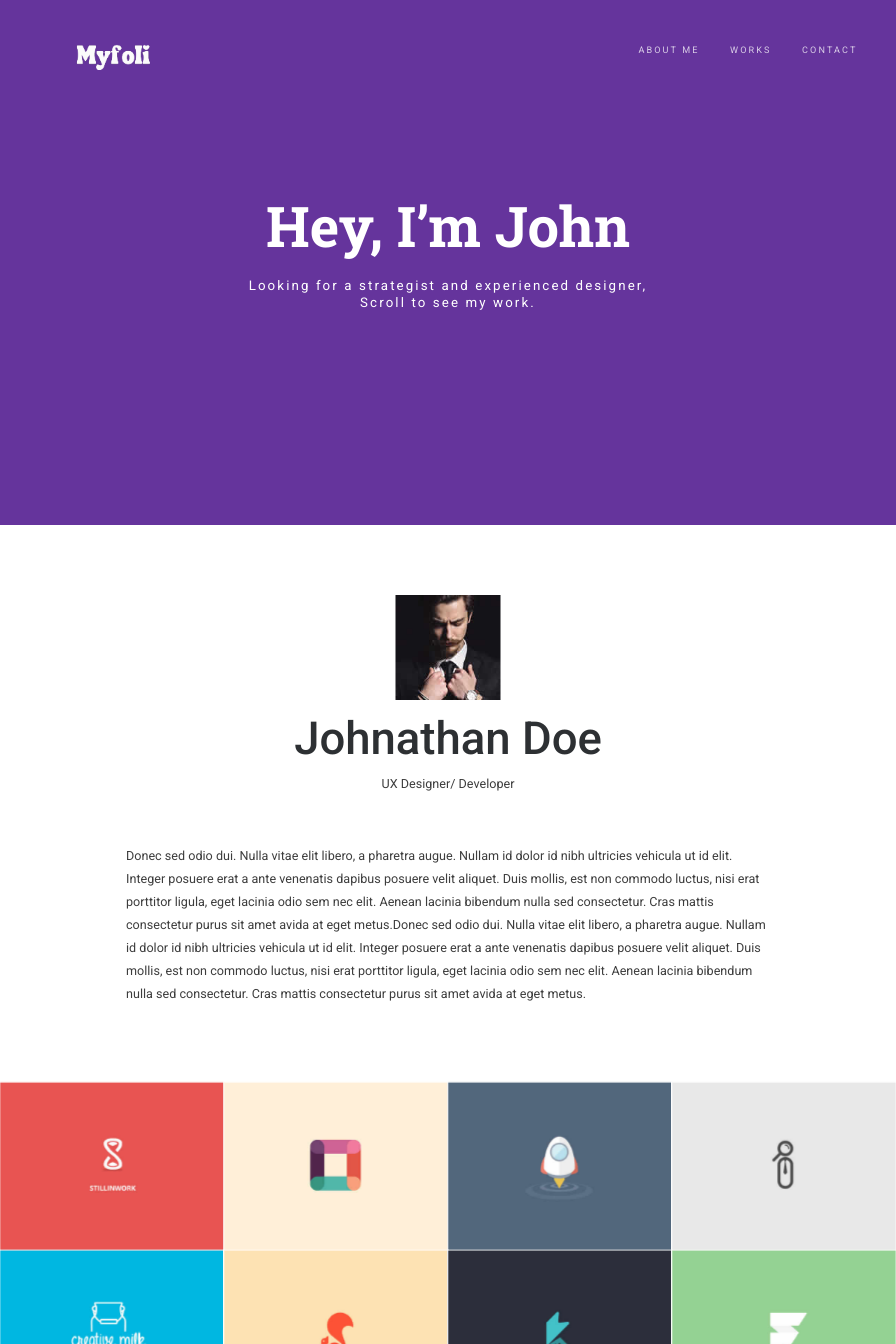
Repository: rajendratamang/wpportfoilio-theme
Page: http://localhost/
An editor plug-in stored every save of this project. The page is shown before and after a run of saves, followed by the edit.
The browser window is 1280 px wide. The pictures show the part of the page from y = 0 to 1920 px (the page is 3614 px tall before and 3634 px after), at 70% of full size.
Some web libraries are served in a nearby version. The page is run by PHP 8.4 with error messages shown; the project is at /var/www/html/.

Above is the page before, as saved 2025-01-30 10:29:28.

### index.php
<!doctype html>
<!--[if lt IE 7]>      <html class="no-js lt-ie9 lt-ie8 lt-ie7" lang=""> <![endif]-->
<!--[if IE 7]>         <html class="no-js lt-ie9 lt-ie8" lang=""> <![endif]-->
<!--[if IE 8]>         <html class="no-js lt-ie9" lang=""> <![endif]-->
<!--[if gt IE 8]><!-->
<html class="no-js" lang="">
<!--<![endif]-->

<head>
<meta charset="utf-8">
<meta name="description" content="">
<meta name="viewport" content="width=device-width, initial-scale=1">
<title>MyFolio - Bootstrap Responsive Resume, Personal Portfolio Template</title>
<link rel="stylesheet" href="css/bootstrap.min.css">
<link rel="stylesheet" href="css/jquery.fancybox.css">
<link rel="stylesheet" href="css/main.css">
<link rel="stylesheet" href="css/responsive.css">
<link rel="stylesheet" href="css/animate.min.css">
<link rel="stylesheet" href="https://maxcdn.bootstrapcdn.com/font-awesome/4.4.0/css/font-awesome.min.css">
</head>

<body>
<!-- header section -->
<section class="banner" role="banner">
  <header id="header">
    <!-- navigation section  -->
    <div class="header-content clearfix"> <a class="logo" href="#"><img src="images/logo.png" alt="Mafolio"></a>
      <nav class="navigation" role="navigation">
        <ul class="primary-nav">
          <li><a href="#aboutme">About Me</a></li>
          <li><a href="#works">Works</a></li>
          <li><a href="#contact">Contact</a></li>
        </ul>
      </nav>
      <a href="#" class="nav-toggle">Menu<span></span></a> </div>
    <!-- navigation section  -->
  </header>

  <!-- banner text -->
  <div class="container">
    <div class="col-md-10 col-md-offset-1">
      <div class="banner-text text-center">
        <h1>Hey, I’m John</h1>
        <p>Looking for a strategist and experienced designer,<br>
          Scroll to see my work.</p>
        <!-- banner text -->
      </div>
    </div>
  </div>
</section>
<!-- header section -->
<!-- description text section -->
<section id="aboutme" class="section descripton">
  <div class="container">
    <div class="col-md-10 col-md-offset-1 text-center"> <img src="images/designer-pic.jpg" alt="Mafolio">
      <h1>Johnathan Doe</h1>
      <p>UX Designer/ Developer</p>
    </div>
    <div class="col-md-10 col-md-offset-1 space">
      <p>Donec sed odio dui. Nulla vitae elit libero, a pharetra augue. Nullam id dolor id nibh ultricies vehicula ut id elit. Integer posuere erat a ante venenatis dapibus posuere velit aliquet. Duis mollis, est non commodo luctus, nisi erat porttitor ligula, eget lacinia odio sem nec elit. Aenean lacinia bibendum nulla sed consectetur. Cras mattis consectetur purus sit amet avida at eget metus.Donec sed odio dui. Nulla vitae elit libero, a pharetra augue. Nullam id dolor id nibh ultricies vehicula ut id elit. Integer posuere erat a ante venenatis dapibus posuere velit aliquet. Duis mollis, est non commodo luctus, nisi erat porttitor ligula, eget lacinia odio sem nec elit. Aenean lacinia bibendum nulla sed consectetur. Cras mattis consectetur purus sit amet avida at eget metus.</p>
    </div>
  </div>
</section>
<!-- description text section -->
<!-- portfolio section -->
<section id="works" class="works section no-padding">
  <div class="container-fluid">
    <div class="row no-gutter">
      <div class="col-lg-3 col-md-6 col-sm-6 work"> <a href="images/work-1.jpg" class="work-box"> <img src="images/work-1.jpg" alt="">
        <div class="overlay">
          <div class="overlay-caption">
            <h5>Project Name</h5>
            <p>Logo Design</p>
          </div>
        </div>
        <!-- overlay -->
        </a> </div>
      <div class="col-lg-3 col-md-6 col-sm-6 work"> <a href="images/work-2.jpg" class="work-box"> <img src="images/work-2.jpg" alt="">
        <div class="overlay">
          <div class="overlay-caption">
            <h5>Project Name</h5>
            <p>Website Design</p>
          </div>
        </div>
        <!-- overlay -->
        </a> </div>
      <div class="col-lg-3 col-md-6 col-sm-6 work"> <a href="images/work-3.jpg" class="work-box"> <img src="images/work-3.jpg" alt="">
        <div class="overlay">
          <div class="overlay-caption">
            <h5>Project Name</h5>
            <p>Branding</p>
          </div>
        </div>
        <!-- overlay -->
        </a> </div>
      <div class="col-lg-3 col-md-6 col-sm-6 work"> <a href="images/work-4.jpg" class="work-box"> <img src="images/work-4.jpg" alt="">
        <div class="overlay">
          <div class="overlay-caption">
            <h5>Project Name</h5>
            <p>Graphic Design</p>
          </div>
        </div>
        <!-- overlay -->
        </a> </div>
      <div class="col-lg-3 col-md-6 col-sm-6 work"> <a href="images/work-5.jpg" class="work-box"> <img src="images/work-5.jpg" alt="">
        <div class="overlay">
          <div class="overlay-caption">
            <h5>Project Name</h5>
            <p>Website Design</p>
          </div>
        </div>
        <!-- overlay -->
        </a> </div>
      <div class="col-lg-3 col-md-6 col-sm-6 work"> <a href="images/work-6.jpg" class="work-box"> <img src="images/work-6.jpg" alt="">
        <div class="overlay">
          <div class="overlay-caption">
            <h5>Project Name</h5>
            <p>Logo Design</p>
          </div>
        </div>
        <!-- overlay -->
        </a> </div>
      <div class="col-lg-3 col-md-6 col-sm-6 work"> <a href="images/work-7.jpg" class="work-box"> <img src="images/work-7.jpg" alt="">
        <div class="overlay">
          <div class="overlay-caption">
            <h5>Project Name</h5>
            <p>Branding</p>
          </div>
        </div>
        <!-- overlay -->
        </a> </div>
      <div class="col-lg-3 col-md-6 col-sm-6 work"> <a href="images/work-8.jpg" class="work-box"> <img src="images/work-8.jpg" alt="">
        <div class="overlay">
          <div class="overlay-caption">
            <h5>Project Name</h5>
            <p>Website Design</p>
          </div>
        </div>
        <!-- overlay -->
        </a> </div>
    </div>
  </div>
</section>
<!-- portfolio section -->
<!-- hire me section -->
<section id="hireme" class="section hireme">
  <div class="container">
    <div class="col-md-8 col-md-offset-2 text-center">
      <h3>Need something specific?</h3>
      <p>We are currently crafting new products but would love to hear from you.</p>
      <a href="#contact" class="btn btn-large">Hire me</a> </div>
  </div>
</section>
<!-- hire me section -->



<section id="contact" class="section contact">
  <div class="container">
    <div class="col-md-10 col-md-offset-1 text-center">
      <h3>Drop me a line</h3>
      <p>I am honest, discreet and always focus on your goals. If you are looking for a strategist and experienced designer, just leave me a message and I'll contact you soon.</p>
      <!--contact form start-->
      <div class="col-md-6 col-md-offset-3 conForm">
        <div id="message"></div>
        <form method="post" action="php/contact.php" name="cform" id="cform">
          <input name="name" id="name" type="text" class="col-xs-12 col-sm-12 col-md-12 col-lg-12" placeholder="Your name..." >
          <input name="email" id="email" type="email" class=" col-xs-12 col-sm-12 col-md-12 col-lg-12 noMarr" placeholder="Email Address..." >
          <textarea name="comments" id="comments" cols="" rows="" class="col-xs-12 col-sm-12 col-md-12 col-lg-12" placeholder="Project Details..."></textarea>
          <input type="submit" id="submit" name="send" class="submitBnt" value="Send">
          <div id="simple-msg"></div>
        </form>
      </div>
      <!--contact form end-->
    </div>
  </div>
</section>


<!-- footer -->
<footer class="section footer">
  <div class="footer-bottom">
    <div class="container">
      <div class="col-md-12">
        <p>
        <ul class="footer-share">
          <li><a href="#"><i class="fa fa-facebook"></i></a></li>
          <li><a href="#"><i class="fa fa-twitter"></i></a></li>
          <li><a href="#"><i class="fa fa-linkedin"></i></a></li>
          <li><a href="#"><i class="fa fa-google-plus"></i></a></li>
          <li><a href="#"><i class="fa fa-pinterest-p"></i></a></li>
          <li><a href="#"><i class="fa fa-vimeo"></i></a></li>
        </ul>
        </p>
        <p>© 2024 All rights reserved. All Rights Reserved<br>
          Made with <i class="fa fa-heart pulse"></i> by <a href="">My Desgin</a><br>
          Resesigned by <a href="#">Yeti Code Camp</a>
        </p>
      </div>
    </div>
  </div>
</footer>
<!-- footer -->

<!-- JS FILES -->
<script src="https://ajax.googleapis.com/ajax/libs/jquery/1.11.3/jquery.min.js"></script>
<script src="js/bootstrap.min.js"></script>
<script src="js/jquery.fancybox.pack.js"></script>
<script src="js/jquery.waypoints.min.js"></script>
<script src="js/retina.min.js"></script>
<script src="js/modernizr.js"></script>
<script src="js/main.js"></script>
</body>
</html>

### css/responsive.css
@media screen and (max-width: 1024px) {
  #header .header-content {
    width: 90%; }

  .nav-toggle {
    display: block; }

  .navigation {
    position: fixed;
    background-color: #000;
    width: 100%;
    height: 100%;
    top: 0;
    left: 0;
    z-index: 99999;
    visibility: hidden;
    opacity: 0;
    -webkit-transition: opacity 0.5s, visibility 0s 0.5s;
    transition: opacity 0.5s, visibility 0s 0.5s; }
    .navigation .primary-nav {
      position: relative;
      top: 45%;
      -moz-transform: translateY(-45%);
      -ms-transform: translateY(-45%);
      -webkit-transform: translateY(-45%);
      transform: translateY(-45%); }
    .navigation li {
      display: block;
      margin-bottom: 20px; }
    .navigation a {
      display: block;
      font-size: 25px;
      margin: 0;
      text-align: center; }

  .person {
    margin: 0 auto 50px; }
    .person-content {
      text-align: center; }
    .person .social-icons li {
      display: inline-block;
      float: none;
      margin-bottom: 5px; }

  .testimonials blockquote {
    padding: 20px 5% 0; }
  .testimonials p {
    font-size: 26px; }

  .flex-control-nav {
    bottom: 20px; } }
@media screen and (max-width: 768px) {
	#header .header-content {
		 padding: 45px 0;
	}
	.banner
	{
	min-height:100%!important;
	}
  .banner-text {
    padding-top: 30%; }
    .banner-text h1 {
      font-size: 42px; }
    .banner-text p {
      font-size: 18px; }
.innerbanner-text{
	    padding-top: 30%; }
  .flexslider {
    padding-bottom: 80px; }

  .flex-control-nav {
    width: 100%; }

  .footer .footer-col {
    margin-bottom: 50px; } }
@media screen and (max-width: 640px) {
	#header .header-content {
		 padding: 45px 0;
	}
  .banner-text {
    padding-top: 35%; }
	.innerbanner-text{
	    padding-top: 35%; } }
@media screen and (max-width: 480px) {
	#header .header-content {
		 padding: 45px 0;
	}
  .banner-text {
    padding-top: 45%; }
	    .banner-text h1 {
      font-size: 32px; }
	  .innerbanner-text{
	    padding-top: 45%; } }
@media screen and (max-width: 320px) {
	#header .header-content {
		 padding: 45px 0;
	}


  .banner-text {
    padding-top: 55%; }
.innerbanner-text{
	    padding-top: 55%; }
  .testimonials blockquote {
    padding: 20px 5% 0; }
  .testimonials p {
    font-size: 26px; } }

Loaded but not shown: css/bootstrap.min.css (library); css/jquery.fancybox.css (library); css/animate.min.css (library); js/bootstrap.min.js (library); js/jquery.fancybox.pack.js (library); js/jquery.waypoints.min.js (library); js/retina.min.js (common file); js/modernizr.js (library); js/main.js (63 lines, source omitted); css/main.css (628 lines, source omitted)

After the next 2 saves:
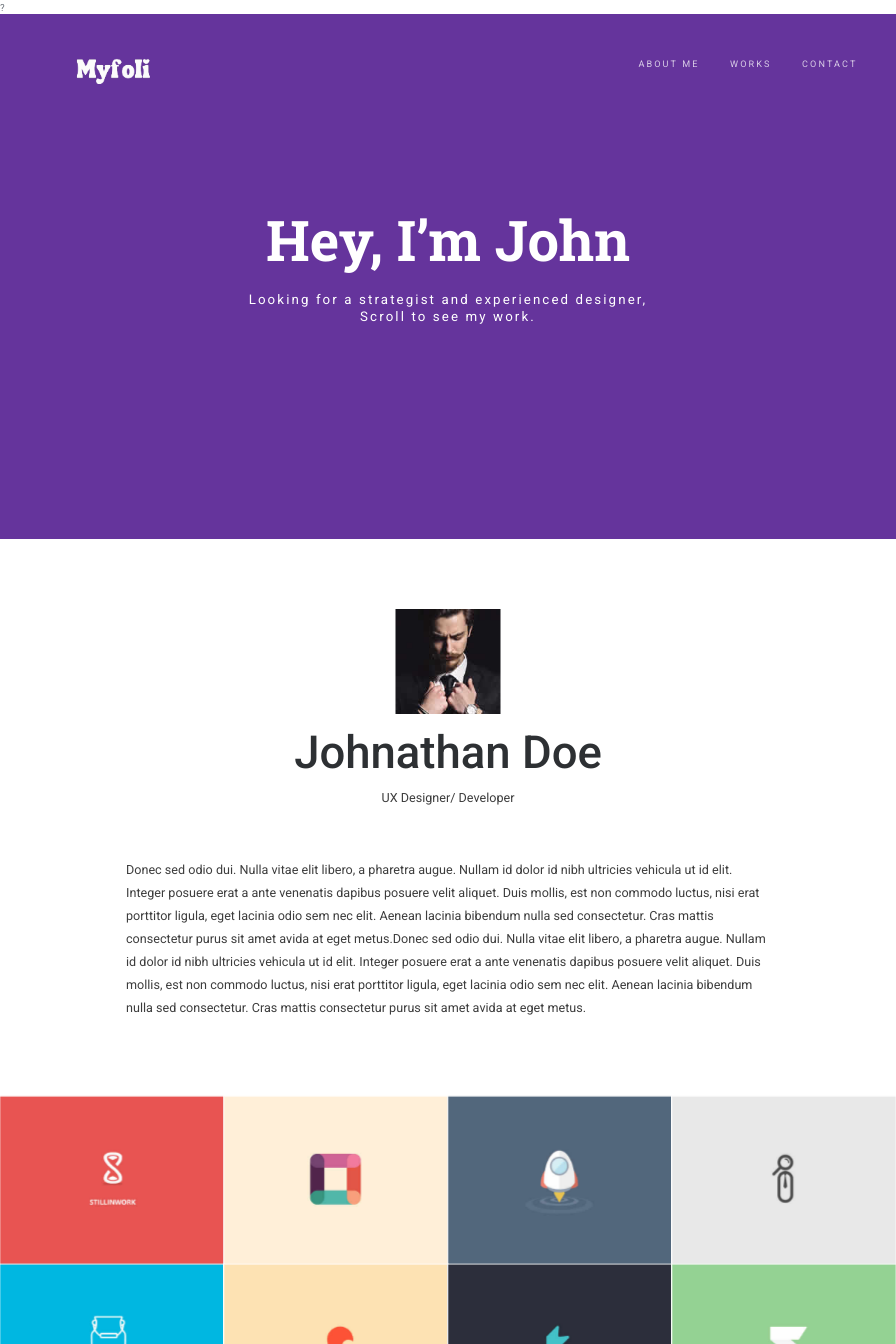
The 2 saves are shown as one change because they came seconds apart.
The last was saved 4 min 35 s later.
--- a/index.php
+++ b/index.php
@@ -17,6 +17,7 @@
 <link rel="stylesheet" href="css/responsive.css">
 <link rel="stylesheet" href="css/animate.min.css">
 <link rel="stylesheet" href="https://maxcdn.bootstrapcdn.com/font-awesome/4.4.0/css/font-awesome.min.css">
+?
 </head>
 
 <body>
